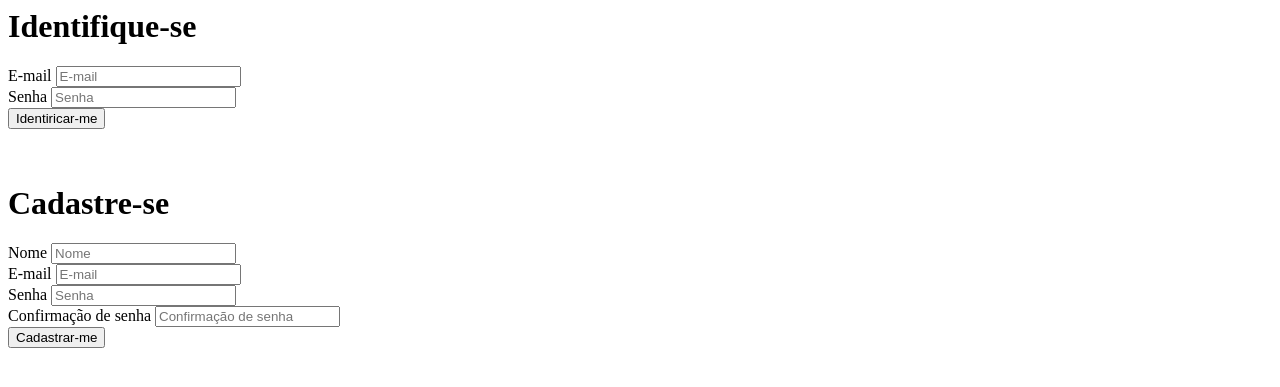
Repository: organicos/organicos.github.io
Page: partials/security/signin.html
The author's editor kept a record of every edit. The page is drawn from the files as they stood at one moment, then again after the next edit.
The browser window is 1280 px wide. The pictures show the whole page.

Above is the page before.

After the next edit:
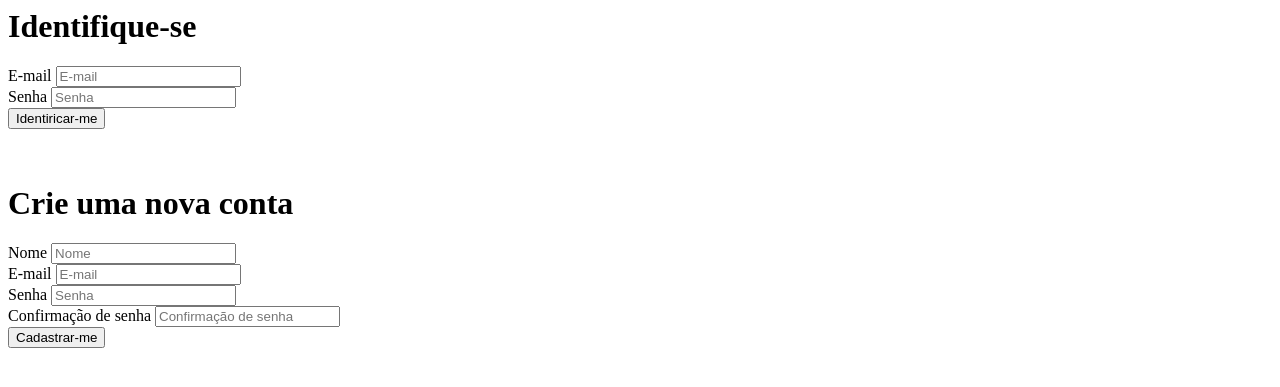
The edit:
--- a/partials/security/signin.html
+++ b/partials/security/signin.html
@@ -16,8 +16,8 @@
         </form>
         <br>
     </div>
-    <div class="col-sm-offset-1 col-sm-11 background-blue-dark">
-        <h1>Cadastre-se</h1>
+    <div class="col-sm-offset-2 col-sm-12 background-blue-dark" ng-controller="SigninCtrl as SigninCtrl">
+        <h1>Crie uma nova conta</h1>
         <form class="form" role="form" ng-submit="signup()">
             <div class="form-group col-xs-12">
                 <label for="name" class="control-label">Nome</label>
